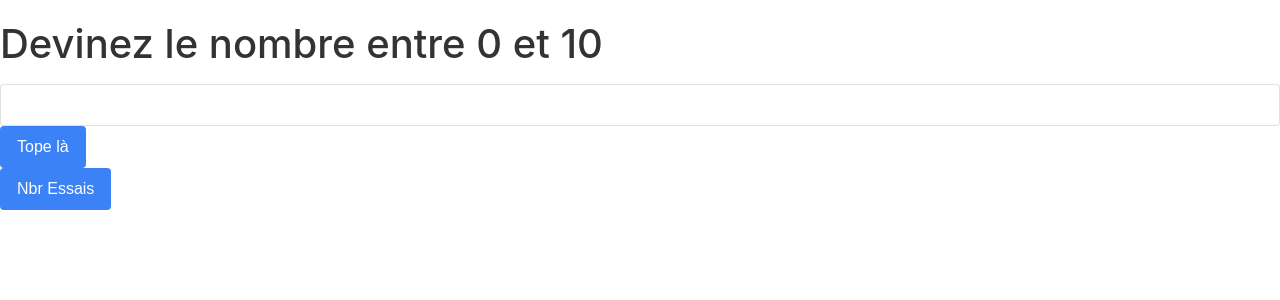
Repository: TheD3us/javaavance
Page: CrazyNumber/WebContent/HTML/Formulaire.html
These files come from the project's save history. The page is drawn as it stood at one moment and after the next save; the edit follows.
The browser window is 1280 px wide. The pictures show the whole page.

Above is the page before, as saved 2022-05-03 08:24:21.

After the next save:
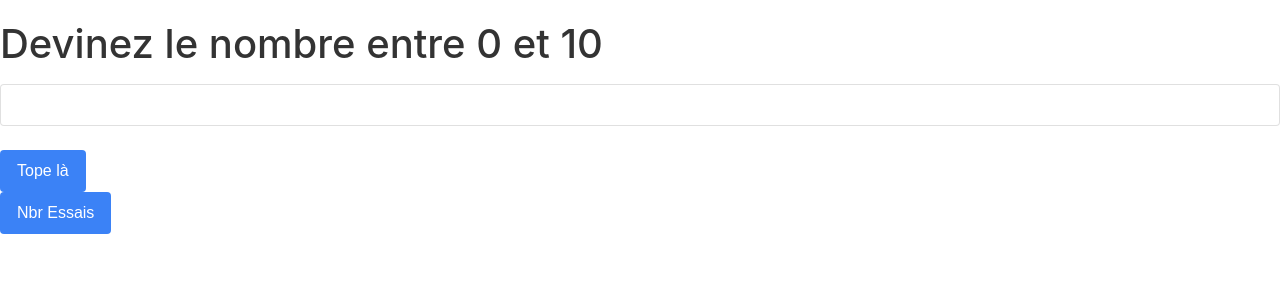
Saved 69 s later.
--- a/CrazyNumber/WebContent/HTML/Formulaire.html
+++ b/CrazyNumber/WebContent/HTML/Formulaire.html
@@ -8,8 +8,8 @@
 <body>
 	<form method="GET" action="/CrazyNumber/Formulaire">
 	<h1>Devinez le nombre entre 0 et 10</h1>
-	<input name="num" type="number" >
-	<input type="submit" value="Tope là">
+	<input name="num" type="number" ><br>
+	<input type="submit" value="Tope là"><br>
 	</form>
 	<form method="POST" action="/CrazyNumber/Formulaire">
 	<input type="submit" value="Nbr Essais">
